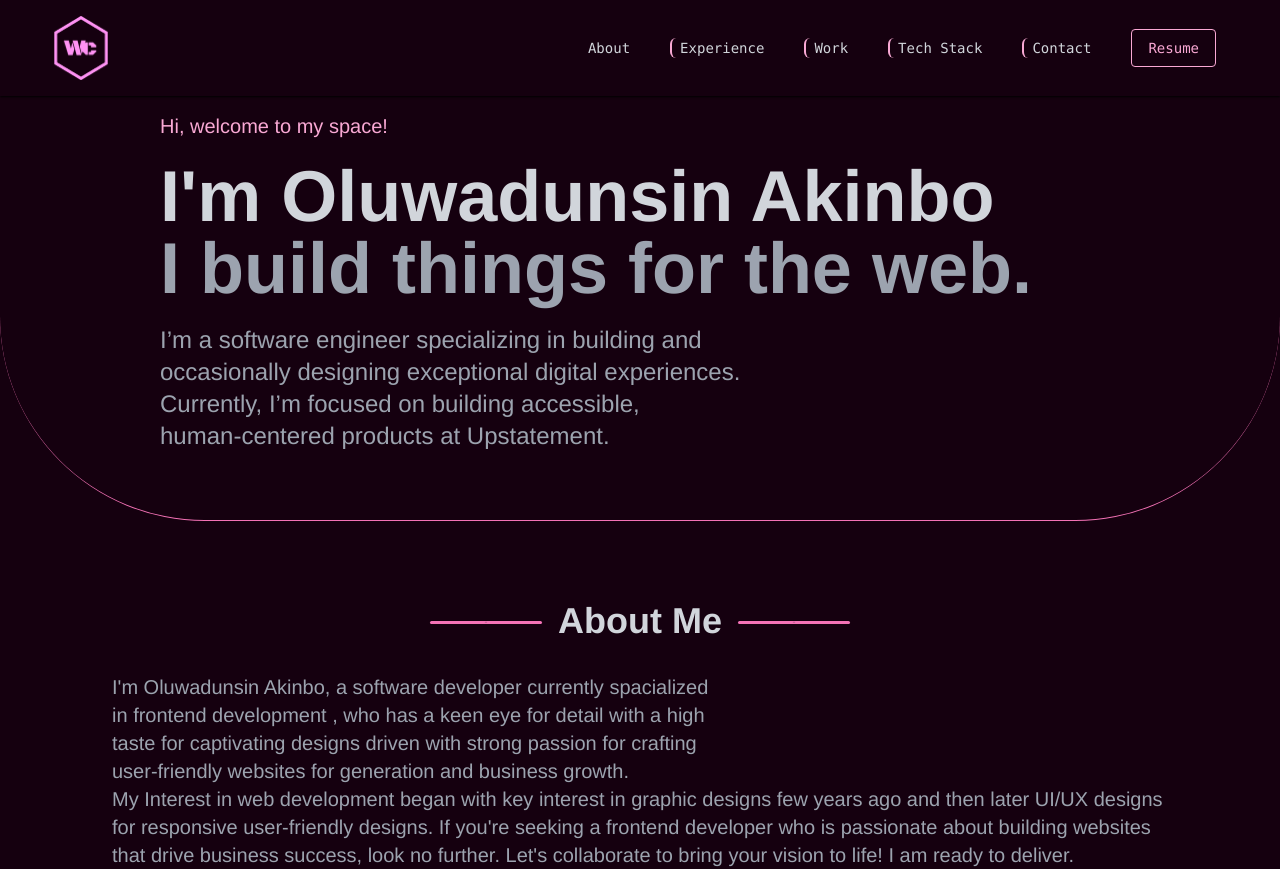
Repository: EmmyDunny1/myPortfolio
Page: / (app in MyPortfolio/)
An editor plug-in stored every save of this project. The page is shown before and after a run of saves, followed by the edit.
The browser window is 1280 px wide. The pictures show the whole page.
The project was rebuilt for these pictures with package versions that can differ from the ones it lists, and the page was loaded fresh each time. Also part of the build but not shown: MyPortfolio/vite.config.js.

Above is the page before, as saved 2025-01-14 11:20:21.

After the next 3 saves:
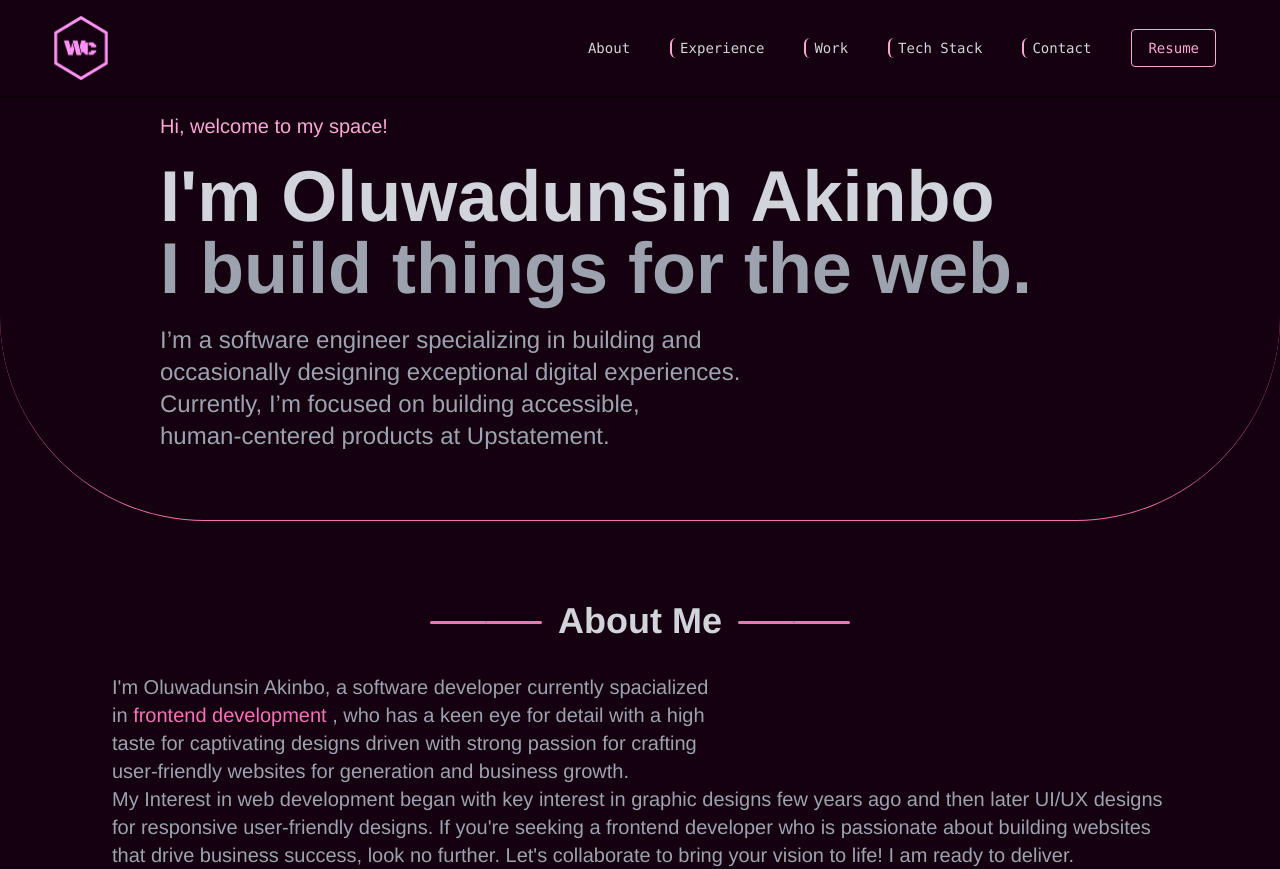
The 3 saves are shown as one change because they came seconds apart.
The last was saved 10 s later.
--- a/MyPortfolio/src/components/AboutMe.jsx
+++ b/MyPortfolio/src/components/AboutMe.jsx
@@ -12,7 +12,7 @@ const AboutMe = () => {
       </div>
     <div className='flex'>
         <div className=''>
-            <p className='text-gray-400 text-xl'>I'm Oluwadunsin Akinbo, a software developer currently spacialized <br />in <span className='text-'>frontend development </span>
+            <p className='text-gray-400 text-xl'>I'm Oluwadunsin Akinbo, a software developer currently spacialized <br />in <span className='text-pink-400'>frontend development </span>
             , who has a keen eye for detail with a high <br />taste for captivating designs driven with strong passion for crafting <br />user-friendly websites for generation and business growth.
             <br />
 
